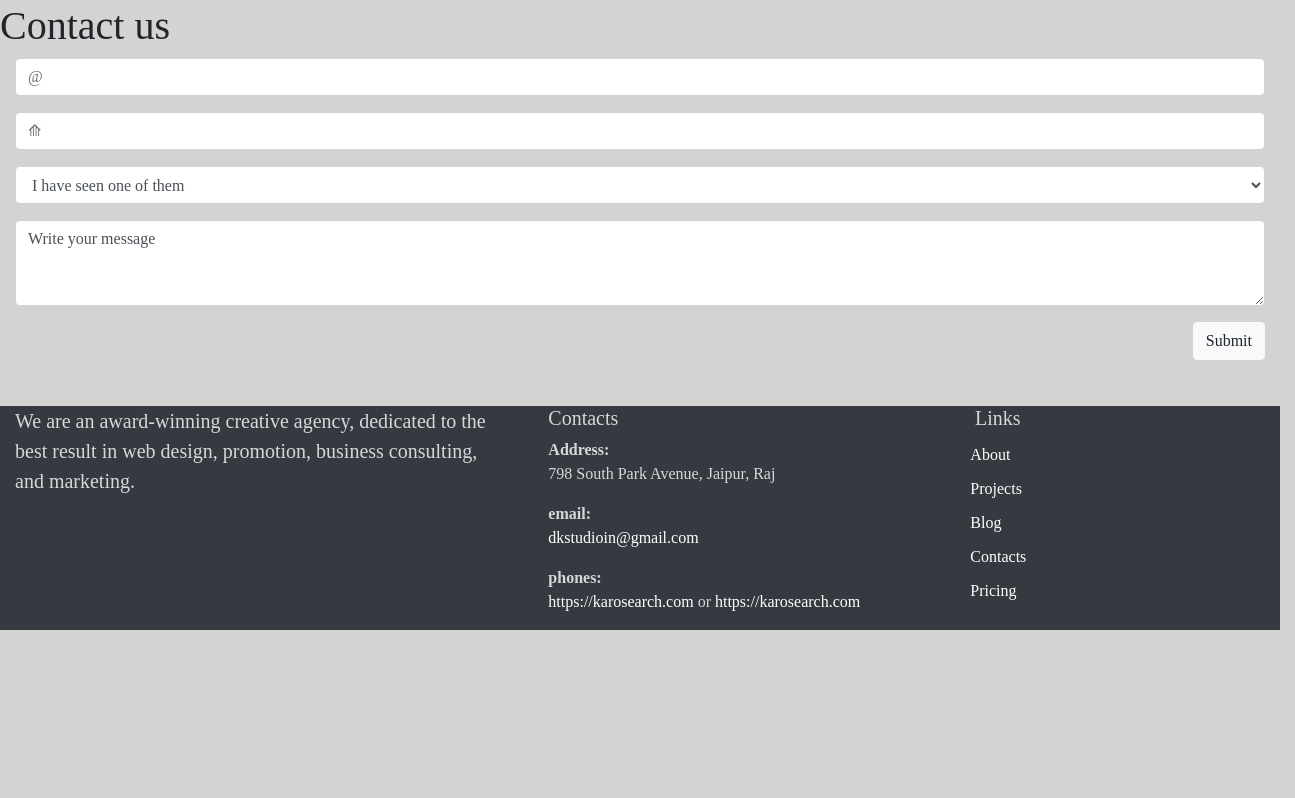
Repository: Khaleddwm/FindThePrecious
Page: index.html
An editor plug-in stored every save of this project. The page is shown before and after the next save, followed by the edit.
The browser window is 1280 px wide. The page is 1295 px wide, so the pictures cover 1295 px, including what lies to the right of the window. The pictures show the part of the page from y = 1930 to 2854 px (the page is 2728 px tall before and 2854 px after).
Some web fonts or font styles are not loaded; a fallback is used.

Above is the page before, as saved 2020-05-25 00:25:41.

After the next save:
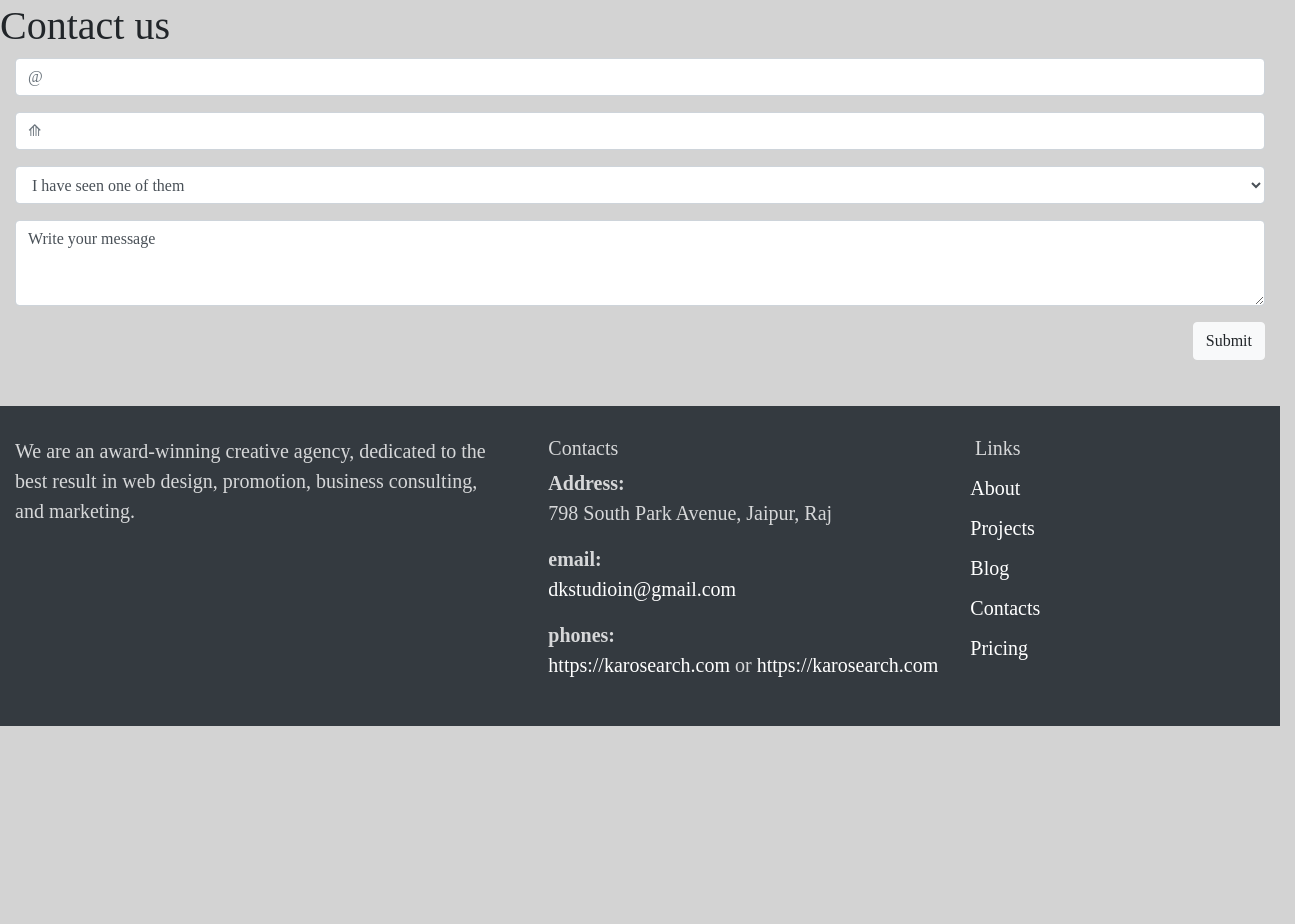
Saved 18 s later.
--- a/style.css
+++ b/style.css
@@ -78,7 +78,7 @@ img {
     margin-top: 20px;
 }
 
-footer .container {
+footer .container-fluid {
     padding-top: 30px;
     padding-bottom: 30px;
     font-size: 20px;
